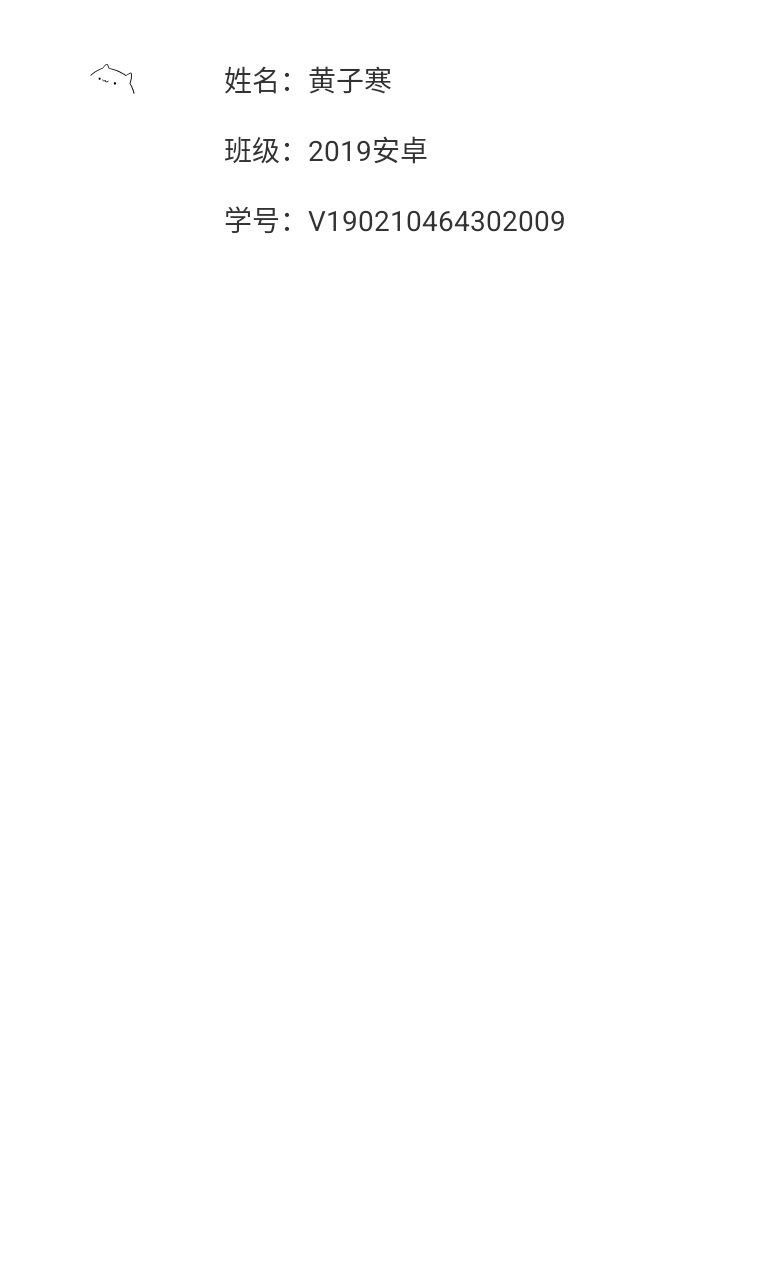
Repository: bakaEC/College
Layout: Android/workplace/resume/res/layout/activity_main.xml
These files come from the project's save history. The layout is drawn as it stood at one moment and after the next save; the edit follows.
It is drawn on a 768 x 1280 px phone screen (xhdpi) without system bars, with theme AppTheme; the app's code is not run.

Above is the layout before, as saved 2020-09-22 14:54:38.

After the next save:
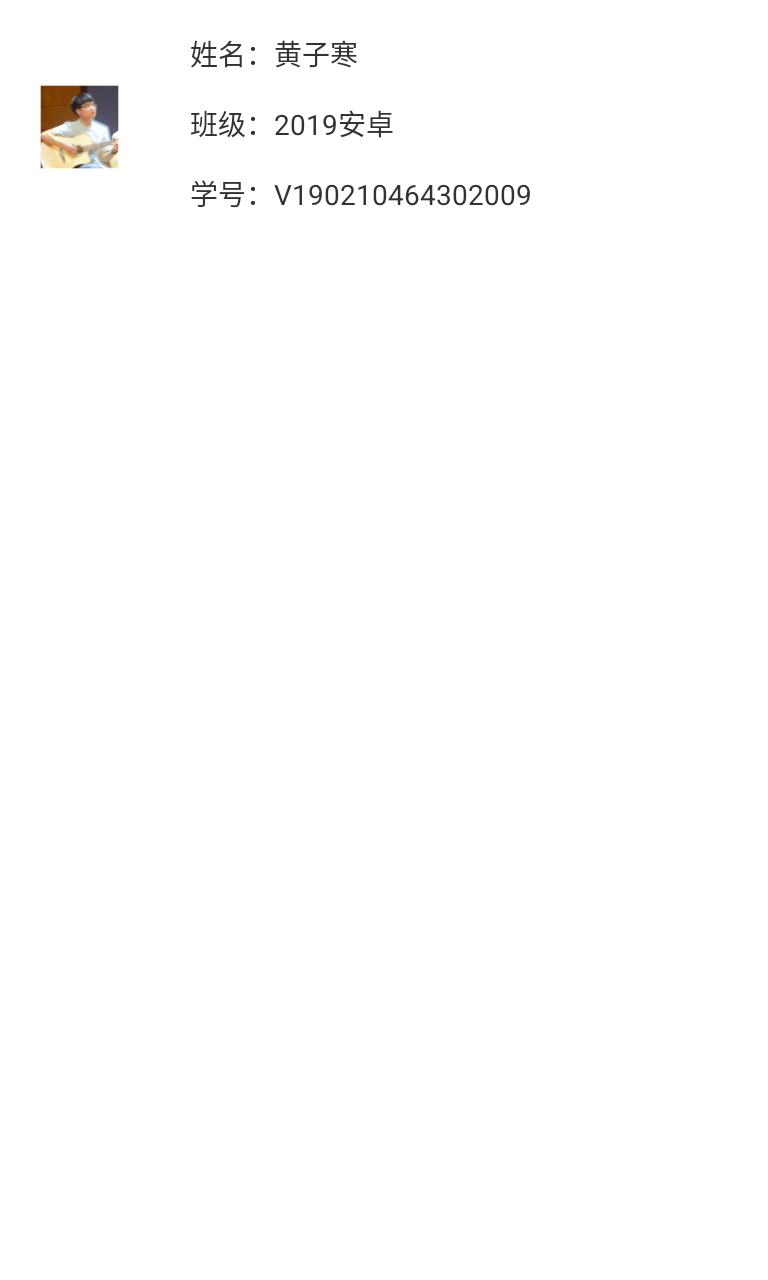
Saved 11 h 39 min later.
--- a/Android/workplace/resume/res/layout/activity_main.xml
+++ b/Android/workplace/resume/res/layout/activity_main.xml
@@ -7,23 +7,6 @@
     android:paddingRight="@dimen/activity_horizontal_margin"
     android:paddingTop="@dimen/activity_vertical_margin"
     tools:context=".MainActivity" >
-
-    <ImageView
-        android:id="@+id/imageView1"
-        android:layout_width="wrap_content"
-        android:layout_height="wrap_content"
-        android:layout_alignParentLeft="true"
-        android:layout_marginLeft="14dp"
-        android:src="@drawable/ic_launcher" />
-
-    <TextView
-        android:id="@+id/textView2"
-        android:layout_width="wrap_content"
-        android:layout_height="wrap_content"
-        android:layout_alignBottom="@+id/textView1"
-        android:layout_marginLeft="34dp"
-        android:layout_toRightOf="@+id/imageView1"
-        android:text="姓名：" />
 
     <TextView
         android:id="@+id/textView3"
@@ -64,9 +47,25 @@
         android:id="@+id/textView1"
         android:layout_width="wrap_content"
         android:layout_height="wrap_content"
-        android:layout_alignBottom="@+id/imageView1"
         android:layout_marginBottom="14dp"
         android:layout_toRightOf="@+id/textView2"
         android:text="黄子寒" />
 
+    <ImageView
+        android:id="@+id/imageView1"
+        android:layout_width="wrap_content"
+        android:layout_height="wrap_content"
+        android:layout_above="@+id/textView6"
+        android:src="@drawable/photo" />
+
+    <TextView
+        android:id="@+id/textView2"
+        android:layout_width="wrap_content"
+        android:layout_height="wrap_content"
+        android:layout_alignBaseline="@+id/textView1"
+        android:layout_alignBottom="@+id/textView1"
+        android:layout_marginLeft="31dp"
+        android:layout_toRightOf="@+id/imageView1"
+        android:text="姓名：" />
+
 </RelativeLayout>
